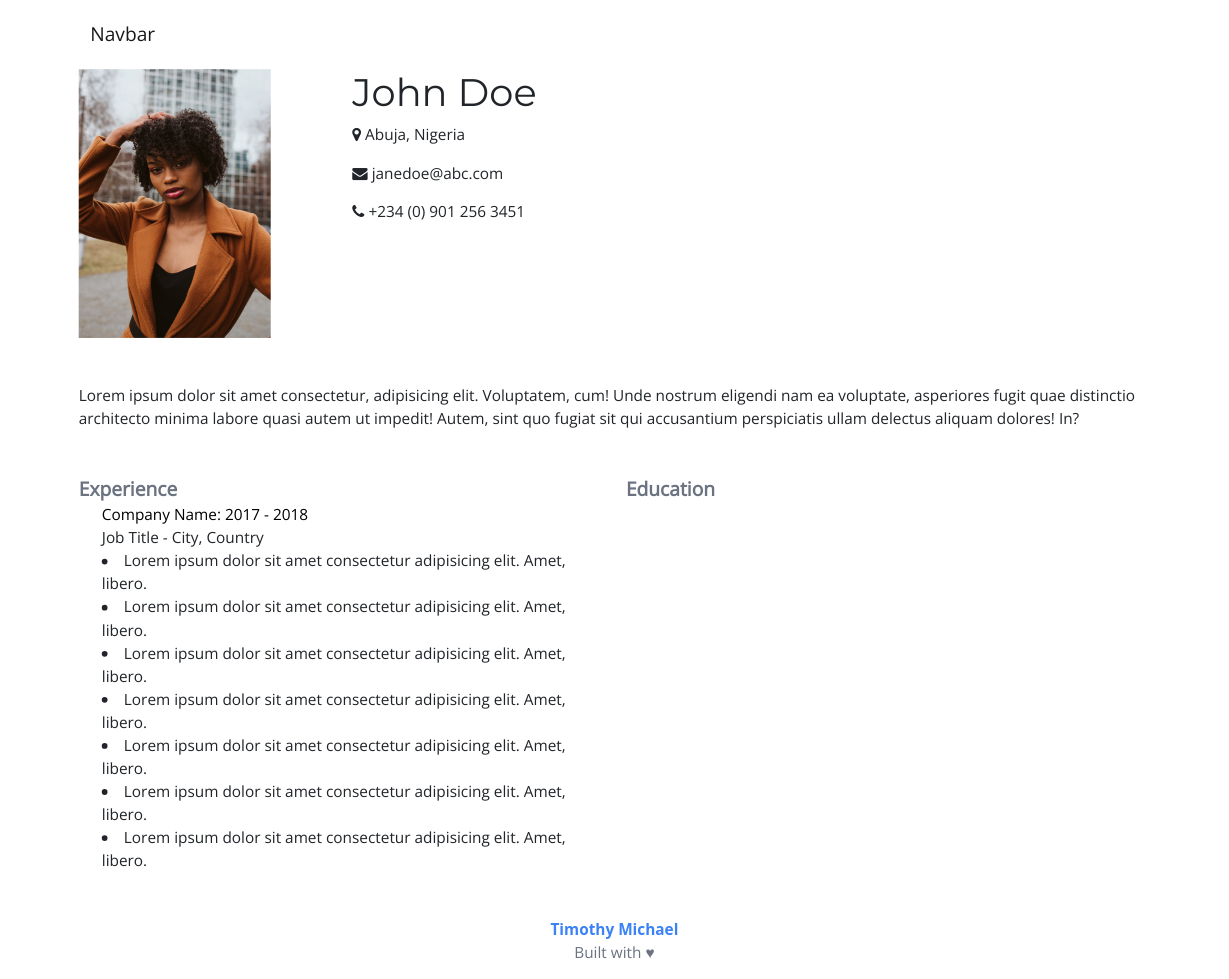
Repository: latenightsnacc/giggles
Page: HTML/CV.html
An editor plug-in stored every save of this project. The page is shown before and after the next save, followed by the edit.
The browser window is 1280 px wide. The pictures show the whole page, at 96% of full size.
Some web libraries are served in a nearby version.

Above is the page before, as saved 2021-01-05 11:07:20.

### HTML/CV.html
<!DOCTYPE html>
<html lang="en">
<head>
    <meta charset="UTF-8">
    <meta name="viewport" content="width=device-width, initial-scale=1.0">
    <link href="https://cdnjs.cloudflare.com/ajax/libs/tailwindcss/2.0.2/tailwind.min.css" rel="stylesheet">
    <link rel="stylesheet" href="https://stackpath.bootstrapcdn.com/font-awesome/4.7.0/css/font-awesome.min.css" />
    <link href="https://cdn.jsdelivr.net/npm/bootstrap@5.0.0-beta1/dist/css/bootstrap.min.css" rel="stylesheet" integrity="sha384-giJF6kkoqNQ00vy+HMDP7azOuL0xtbfIcaT9wjKHr8RbDVddVHyTfAAsrekwKmP1" crossorigin="anonymous">
    <link rel="stylesheet" href="stylesheet.css">
    <title>CV Page</title>
</head>
<body class="overflow-x-hidden">
    <!--Navigation-->
    <header class="container">
        <nav class="navbar navbar-expand-lg navbar-light bg-white py-3">
            <div class="container-fluid">
              <a class="navbar-brand" href="search.html">Navbar</a>
              <button class="navbar-toggler" type="button" data-bs-toggle="collapse" data-bs-target="#navbarNavDropdown" aria-controls="navbarNavDropdown" aria-expanded="false" aria-label="Toggle navigation">
                <span class="navbar-toggler-icon"></span>
              </button>
              <div class="collapse navbar-collapse" id="navbarNavDropdown">

              </div>
            </div>
        </nav>
    </header>
    <main>
        <!--Basic Profile-->
        <div class="container">
            <div class="row">
                <div class="col-xs-12 col-sm-12 col-md-3 col-lg-3 col-xl-3">
                    <div>
                        <img src="assets/userDp.jpg" style="width:200px" alt="profile picture">
                    </div>
                </div>
                <div class="col-xs-12 col-sm-12 col-md-9 col-lg-9 col-xl-9">
                    <div>
                        <h1>John Doe</h1>
                        <p>
                            <i class="fa fa-map-marker"></i>
                            Abuja, Nigeria
                        </p>
                        <p>
                            <i class="fa fa-envelope"></i>
                            janedoe@abc.com
                        </p>
                        <p>
                            <i class="fa fa-phone"></i>
                            +234 (0) 901 256 3451
                        </p>
                    </div>
                </div>
            </div>
        </div>

        <div class="container my-5">
            <p>Lorem ipsum dolor sit amet consectetur, adipisicing elit. Voluptatem, cum! Unde nostrum eligendi nam ea voluptate, asperiores fugit quae distinctio architecto minima labore quasi autem ut impedit! Autem, sint quo fugiat sit qui accusantium perspiciatis ullam delectus aliquam dolores! In?</p>
        </div>

        <div class="container my-5">
            <div class="row">
                <div class="col-xs-12 col-sm-12 col-md-12 col-lg-6 col-xl-6">
                    <div class="text-gray-500 font-semibold text-xl">Experience</div>
                    <div class="container-sm">
                        <div class="text-black">Company Name: <span>2017 - 2018</span></div>
                        <div class="">Job Title - City, Country</div>
                        <li>Lorem ipsum dolor sit amet consectetur adipisicing elit. Amet, libero.</li>
                        <li>Lorem ipsum dolor sit amet consectetur adipisicing elit. Amet, libero.</li>
                        <li>Lorem ipsum dolor sit amet consectetur adipisicing elit. Amet, libero.</li>
                        <li>Lorem ipsum dolor sit amet consectetur adipisicing elit. Amet, libero.</li>
                        <li>Lorem ipsum dolor sit amet consectetur adipisicing elit. Amet, libero.</li>
                        <li>Lorem ipsum dolor sit amet consectetur adipisicing elit. Amet, libero.</li>
                        <li>Lorem ipsum dolor sit amet consectetur adipisicing elit. Amet, libero.</li>

                    </div>
                </div>
                <div class="col-xs-12 col-sm-12 col-md-12 col-lg-6 col-xl-6">
                    <div class="text-gray-500 font-semibold text-xl">Education</div>
                </div>
            </div>
        </div>
    </main>
    <footer class="text-center text-l text-blue-500 font-semibold">
        Timothy Michael
        <p class="text-gray-500">Built with &hearts;</p>
    </footer>

    <script src="https://cdn.jsdelivr.net/npm/bootstrap@5.0.0-beta1/dist/js/bootstrap.bundle.min.js" integrity="sha384-ygbV9kiqUc6oa4msXn9868pTtWMgiQaeYH7/t7LECLbyPA2x65Kgf80OJFdroafW" crossorigin="anonymous"></script>

</body>
</html>

### HTML/stylesheet.css
@import url('https://fonts.googleapis.com/css2?family=Montserrat:wght@400;700&family=Open+Sans:wght@300;400&display=swap');

h1, h2, h3, h4, h5, h6 {
    font-family: 'Montserrat', sans-serif;
}
.user-info h1 {
    line-height: 60px;
    font-size: 50px;
    font-weight: 700;
    margin-top: 20px;
}
.user-info h2 {
    line-height: 27px;
    font-size: 18px;
    font-weight: 400;
    margin-top: 15px;
}
.user-info span {
    line-height: 36px;
    font-size: 30px;
    font-weight: 600;
}
.user-info p {
    margin: 5px 0;
}
.user-info button {
    margin-top: 10px;
}
p, div, a, button {
    font-family: 'Open Sans', sans-serif;
    font-weight: 300;
}

.work-experience .row:hover .text {
    border:2px solid  #3b82f6;

}
.work-experience .row:hover .flex .no {
    border:1px solid #3b82f6;

}
.nav-link {
    color: #3b82f6 !important;
}
.nav-item .active{
    font-weight: 600;
}

After the next save:
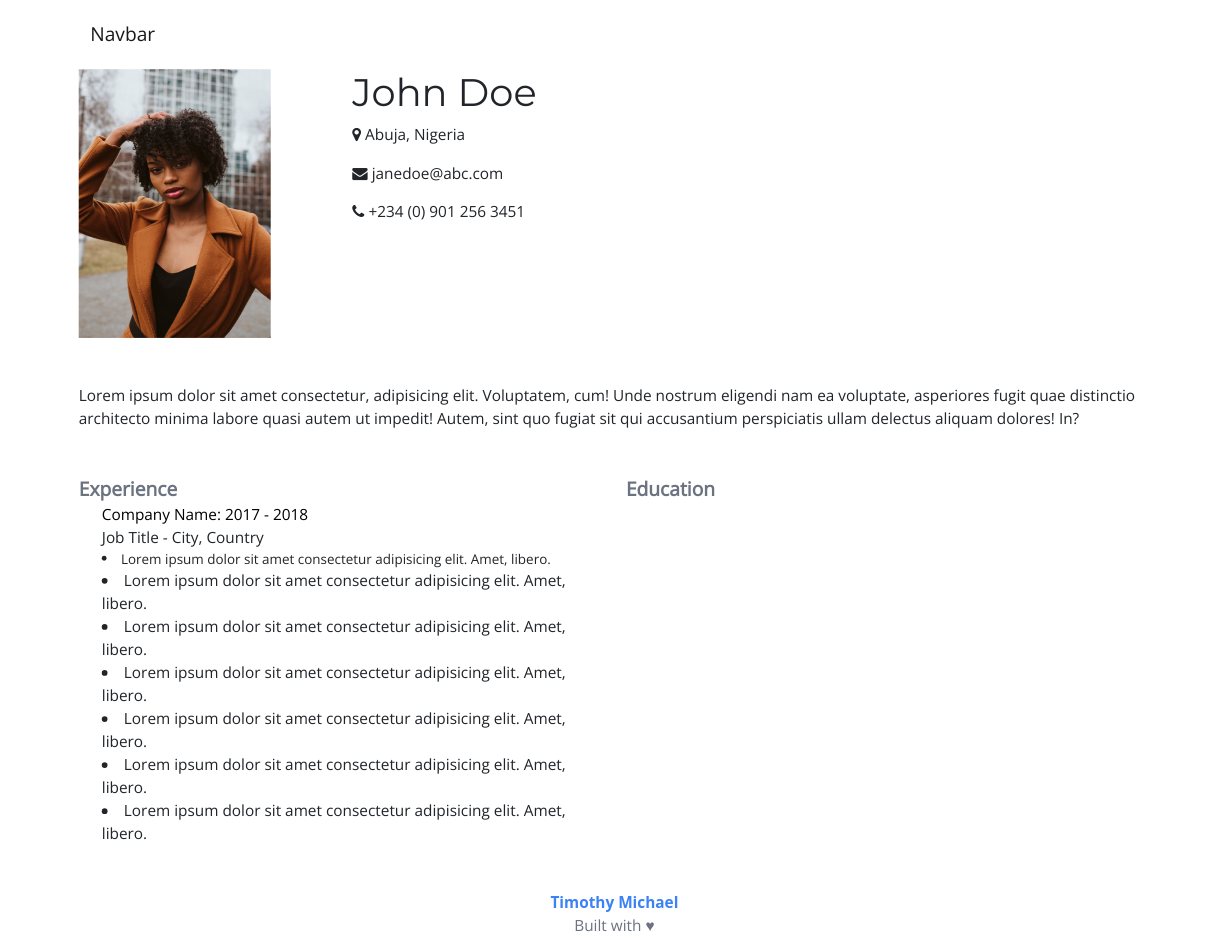
Saved 12 s later.
--- a/HTML/CV.html
+++ b/HTML/CV.html
@@ -64,7 +64,7 @@
                     <div class="container-sm">
                         <div class="text-black">Company Name: <span>2017 - 2018</span></div>
                         <div class="">Job Title - City, Country</div>
-                        <li>Lorem ipsum dolor sit amet consectetur adipisicing elit. Amet, libero.</li>
+                        <li class="text-sm">Lorem ipsum dolor sit amet consectetur adipisicing elit. Amet, libero.</li>
                         <li>Lorem ipsum dolor sit amet consectetur adipisicing elit. Amet, libero.</li>
                         <li>Lorem ipsum dolor sit amet consectetur adipisicing elit. Amet, libero.</li>
                         <li>Lorem ipsum dolor sit amet consectetur adipisicing elit. Amet, libero.</li>
